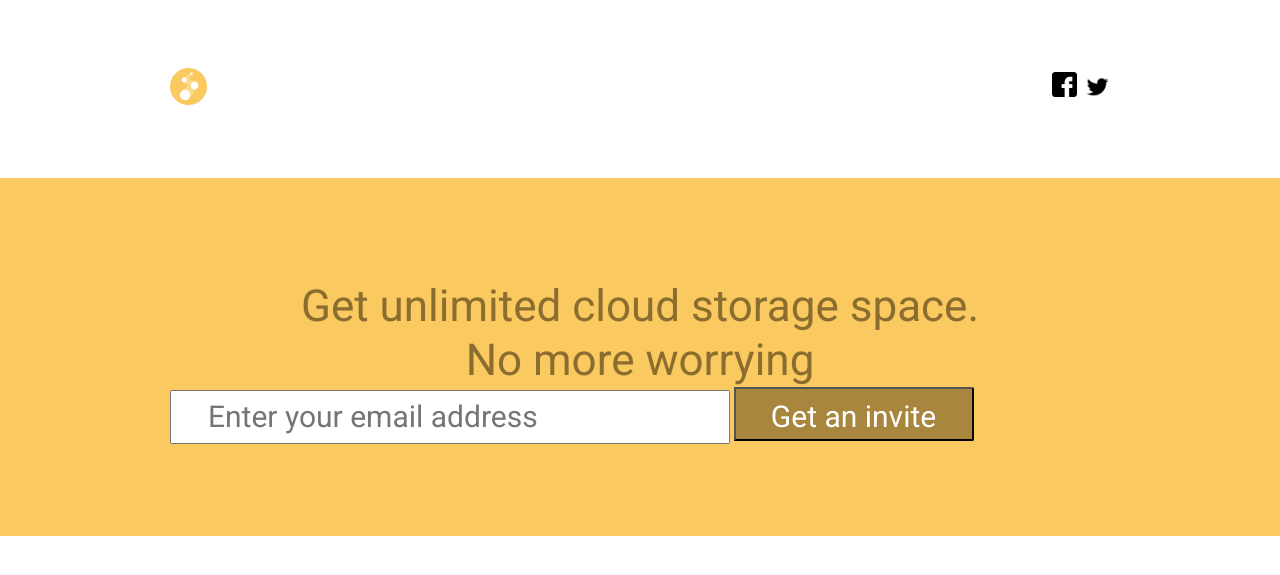
Repository: AndreyMykulych/user_home_work_Mykulych
Page: index.html
An editor plug-in stored every save of this project. The page is shown before and after the next save, followed by the edit.
The browser window is 1280 px wide. The pictures show the whole page.

Above is the page before, as saved 2023-02-27 16:48:58.

After the next save:
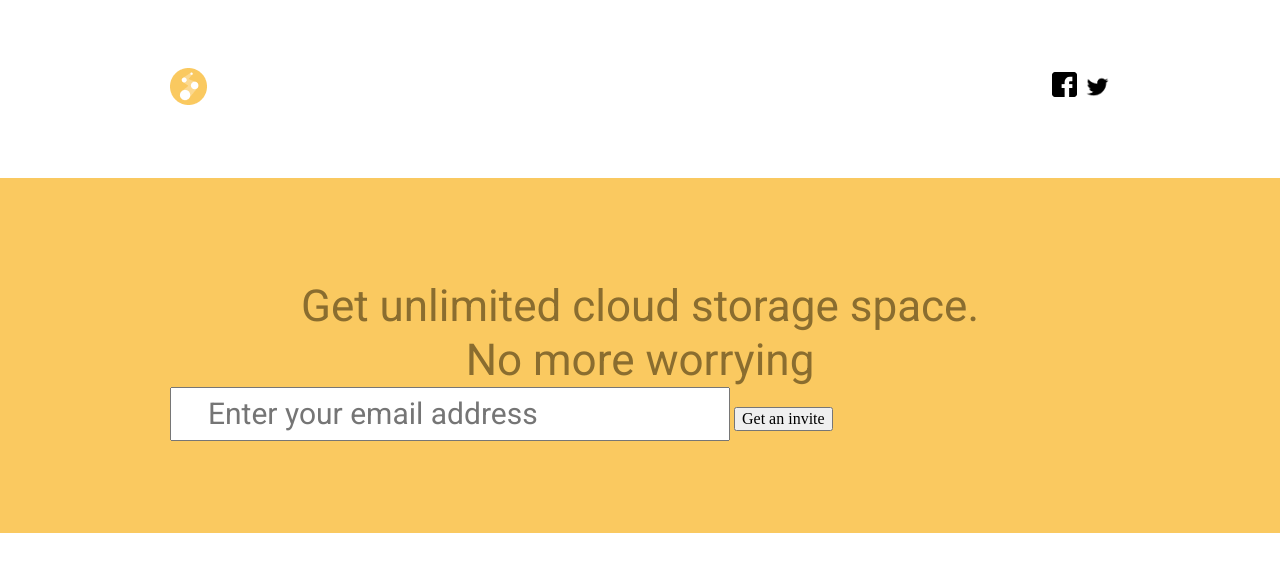
Saved 21 s later.
--- a/styles/style.css
+++ b/styles/style.css
@@ -104,7 +104,7 @@ color: #999999;
 }
 
 button {
-    border-radius: 0px 2px 2px 0px;
+    /* border-radius: 0px 2px 2px 0px;
 
      width: 240px;
     height: 54px;
@@ -112,8 +112,8 @@ button {
       background-color: #A8863D;
       color: #fff;
       font-family: 'Roboto';
-
+      font-style: normal;
       font-weight: 400;
       font-size: 30px;
-      line-height: 54px;
+      line-height: 54px; */
 }
